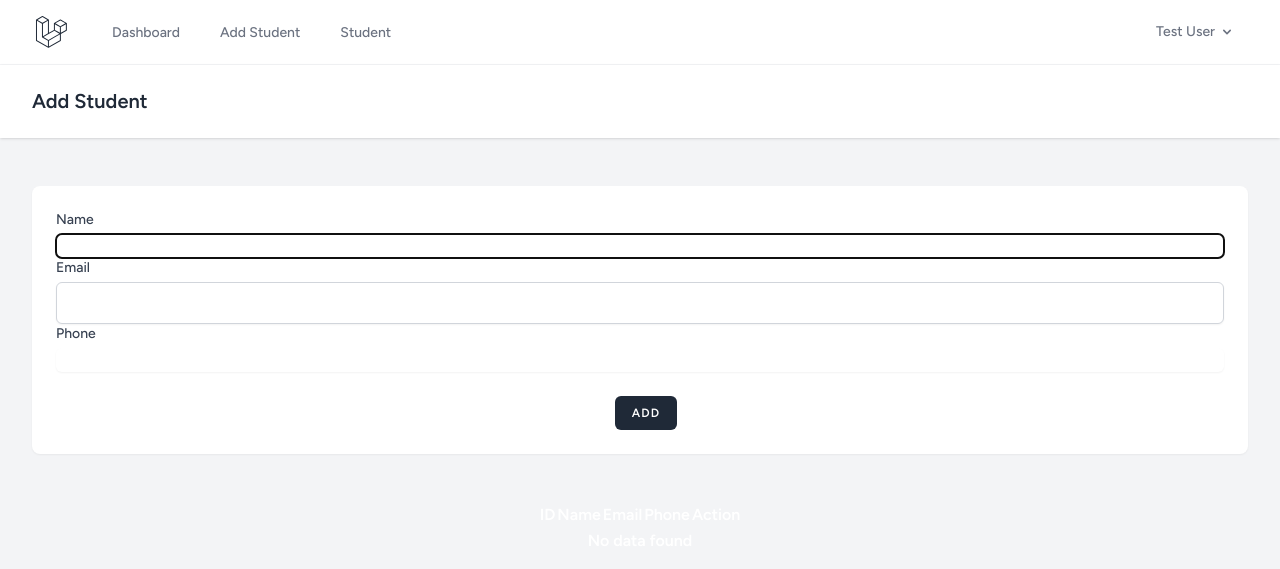
Repository: rkrukshan/CRUD-with-Laravel-V.10-Breeze
Page: http://localhost/add-student
The author's editor kept a copy of each file at every save. The page is drawn from the files as they stood at one save, then again after the next save.
The browser window is 1280 px wide. The pictures show the whole page.
The page is served by the project's Laravel application, run on PHP 8.4 with Laravel 10. A made-up administrator, Test User (test@example.com), is signed in. Style sheets and scripts are compiled from the project's sources, by tool versions that may differ from the author's. Queries for data that is not in the repository find no rows.

Above is the page before, as saved 2023-11-15 11:29:04.

After the next save:
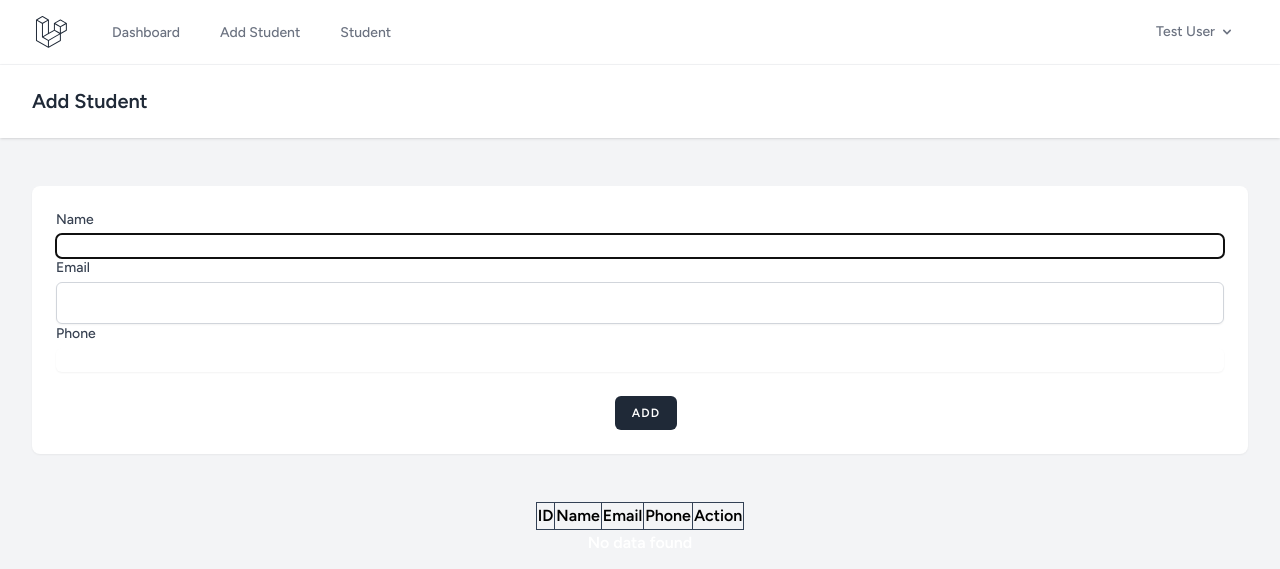
Saved 2 min 23 s later.
--- a/resources/views/student/index.blade.php
+++ b/resources/views/student/index.blade.php
@@ -2,20 +2,20 @@
 <center>
     <table class="hover:table-fixed">
         <tr>
-            <th class="text-white">ID</th>
-            <th class="text-white">Name</th>
-            <th class="text-white">Email</th>
-            <th class="text-white">Phone</th>
-            <th class="text-white">Action</th>
+            <th class="border border-slate-700 ">ID</th>
+            <th class="border border-slate-700 ">Name</th>
+            <th class="border border-slate-700 ">Email</th>
+            <th class="border border-slate-700 ">Phone</th>
+            <th class="border border-slate-700 ">Action</th>
         </tr>
         <tbody>
               @forelse ($records as $record)
               <tr>
-                <td class="text-white">{{ $record->id }}</td>
-                 <td class="text-white">{{ $record->name }}</td>
-                 <td class="text-white">{{ $record->email }}</td>
-                 <td class="text-white">{{ $record->phone }}</td>
-                 <td class="text-white"><button class="bg-blue-500 hover:bg-blue-700 text-white font-bold py-2 px-4 rounded">Edit</button></td>
+                <td class="border border-slate-700 ">{{ $record->id }}</td>
+                 <td class="border border-slate-700 ">{{ $record->name }}</td>
+                 <td class="border border-slate-700 ">{{ $record->email }}</td>
+                 <td class="border border-slate-700 ">{{ $record->phone }}</td>
+                 <td class="border border-slate-700 "><button class="bg-blue-500 hover:bg-blue-700 text-white font-bold py-2 px-4 rounded">Edit</button></td>
                  <td class="text-white"><button class="bg-red-500 hover:bg-blue-700 text-white font-bold py-2 px-4 rounded">Delete</button></td>
              </tr>
               @empty
